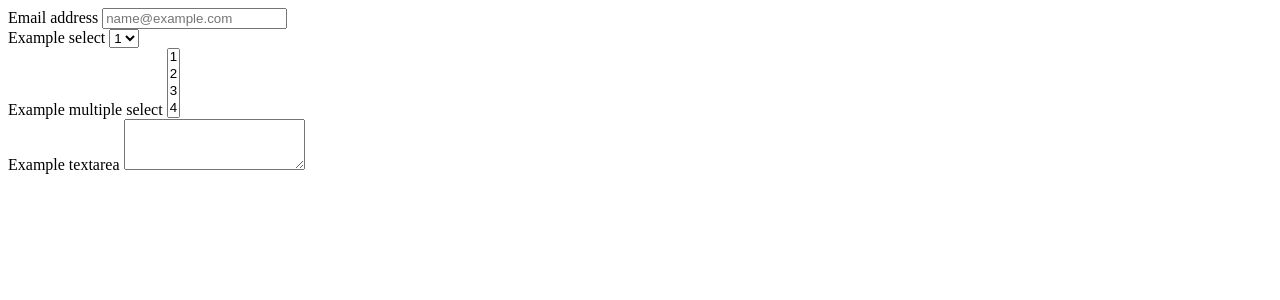
Repository: modinilesh/SpringMVC
Page: http://localhost/springmvcsearch/complex
These files come from the project's save history. The page is drawn as it stood at one moment and after the next save; the edit follows.
The browser window is 1280 px wide. The pictures show the whole page.
The page is served by Tomcat 9. Other server files are loaded and not shown.

Above is the page before, as saved 2023-10-20 09:55:29.

### springmvcsearch/src/main/webapp/WEB-INF/spring-servlet.xml
<?xml version="1.0" encoding="UTF-8"?>
<beans xmlns="http://www.springframework.org/schema/beans"
	xmlns:xsi="http://www.w3.org/2001/XMLSchema-instance"
	xmlns:context="http://www.springframework.org/schema/context"
	xmlns:p="http://www.springframework.org/schema/p"
	xmlns:tx="http://www.springframework.org/schema/tx"
	xsi:schemaLocation="http://www.springframework.org/schema/beans
		http://www.springframework.org/schema/beans/spring-beans.xsd
		http://www.springframework.org/schema/context
		http://www.springframework.org/schema/context/spring-context.xsd
		http://www.springframework.org/schema/mvc
        http://www.springframework.org/schema/mvc/spring-mvc.xsd
        http://www.springframework.org/schema/tx
        http://www.springframework.org/schema/tx/spring-tx.xsd">


	<context:component-scan base-package="springmvcsearch" /> <!--it will activate all annotations used in each packages starting with
		springmvcsearch name -->

	<!--Step-3 : Configuring view Resolver -->

	<bean
		class="org.springframework.web.servlet.view.InternalResourceViewResolver"
		name="viewResolver">
		<property name="prefix" value="/WEB-INF/views/" />
		<property name="suffix" value=".jsp" />
	</bean>


</beans>

### springmvcsearch/src/main/webapp/WEB-INF/views/complex_form.jsp
<form>
  <div class="form-group">
    <label for="exampleFormControlInput1">Email address</label>
    <input type="email" class="form-control" id="exampleFormControlInput1" placeholder="name@example.com">
  </div>
  <div class="form-group">
    <label for="exampleFormControlSelect1">Example select</label>
    <select class="form-control" id="exampleFormControlSelect1">
      <option>1</option>
      <option>2</option>
      <option>3</option>
      <option>4</option>
      <option>5</option>
    </select>
  </div>
  <div class="form-group">
    <label for="exampleFormControlSelect2">Example multiple select</label>
    <select multiple class="form-control" id="exampleFormControlSelect2">
      <option>1</option>
      <option>2</option>
      <option>3</option>
      <option>4</option>
      <option>5</option>
    </select>
  </div>
  <div class="form-group">
    <label for="exampleFormControlTextarea1">Example textarea</label>
    <textarea class="form-control" id="exampleFormControlTextarea1" rows="3"></textarea>
  </div>
</form>

### springmvcsearch/src/main/java/springmvcsearch/ComplexFormController.java
package springmvcsearch;

import org.springframework.stereotype.Controller;
import org.springframework.web.bind.annotation.RequestMapping;

@Controller
public class ComplexFormController {

	@RequestMapping("/complex")
	public String showForm() {

		return "complex_form";
	}

}

### springmvcsearch/src/main/java/springmvcsearch/SearchController.java
package springmvcsearch;

import org.springframework.stereotype.Controller;
import org.springframework.web.bind.annotation.RequestMapping;
import org.springframework.web.bind.annotation.RequestParam;
import org.springframework.web.servlet.view.RedirectView;

@Controller
public class SearchController {

	@RequestMapping("/home")
	public String home() {
		return "home";
	}

	@RequestMapping("/search")
	public RedirectView search(@RequestParam("querybox") String query) {
		String url = "https://www.google.com/search?q="+query;
		RedirectView redirectView = new RedirectView();
		redirectView.setUrl(url);
		return redirectView;
	}

}

After the next save:
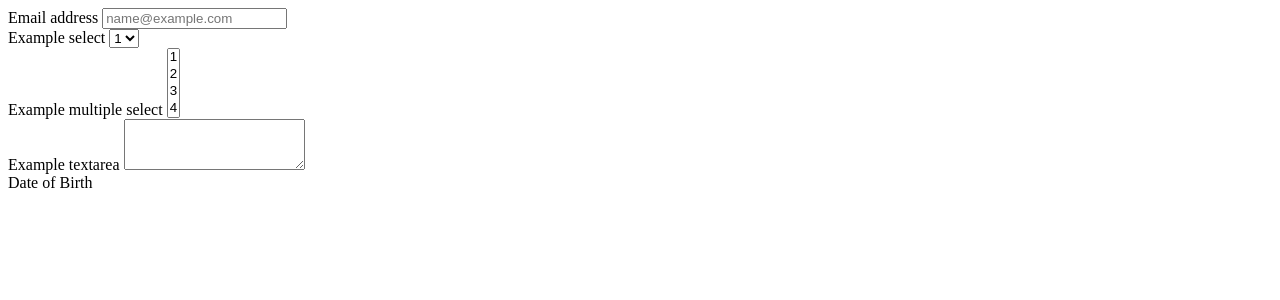
Saved 4 h 31 min later.
--- a/springmvcsearch/src/main/webapp/WEB-INF/views/complex_form.jsp
+++ b/springmvcsearch/src/main/webapp/WEB-INF/views/complex_form.jsp
@@ -1,30 +1,48 @@
 <form>
-  <div class="form-group">
-    <label for="exampleFormControlInput1">Email address</label>
-    <input type="email" class="form-control" id="exampleFormControlInput1" placeholder="name@example.com">
-  </div>
-  <div class="form-group">
-    <label for="exampleFormControlSelect1">Example select</label>
-    <select class="form-control" id="exampleFormControlSelect1">
-      <option>1</option>
-      <option>2</option>
-      <option>3</option>
-      <option>4</option>
-      <option>5</option>
-    </select>
-  </div>
-  <div class="form-group">
-    <label for="exampleFormControlSelect2">Example multiple select</label>
-    <select multiple class="form-control" id="exampleFormControlSelect2">
-      <option>1</option>
-      <option>2</option>
-      <option>3</option>
-      <option>4</option>
-      <option>5</option>
-    </select>
-  </div>
-  <div class="form-group">
-    <label for="exampleFormControlTextarea1">Example textarea</label>
-    <textarea class="form-control" id="exampleFormControlTextarea1" rows="3"></textarea>
-  </div>
+	<div class="form-group">
+		<label for="exampleFormControlInput1">Email address</label> <input
+			type="email"
+			class="form-control"
+			id="exampleFormControlInput1"
+			placeholder="name@example.com"
+			name="email">
+	</div>
+	<div class="form-group">
+		<label for="exampleFormControlSelect1">Example select</label> <select
+			class="form-control"
+			id="exampleFormControlSelect1"
+			name="singleValue">
+			<option>1</option>
+			<option>2</option>
+			<option>3</option>
+			<option>4</option>
+			<option>5</option>
+		</select>
+	</div>
+	<div class="form-group">
+		<label for="exampleFormControlSelect2">Example multiple select</label>
+		<select multiple class="form-control"
+		id="exampleFormControlSelect2"
+		name="multiValue">
+			<option>1</option>
+			<option>2</option>
+			<option>3</option>
+			<option>4</option>
+			<option>5</option>
+		</select>
+	</div>
+	<div class="form-group">
+		<label for="exampleFormControlTextarea1">Example textarea</label>
+		<textarea class="form-control"
+		id="exampleFormControlTextarea1"
+			rows="3"
+			name="text"></textarea>
+	</div>
+	<div class="form-group">
+		<label for="dob">Date of Birth</label>
+		<text class="form-control"
+		id="dob"
+			rows="3"
+			name="text"></text>
+	</div>
 </form>
